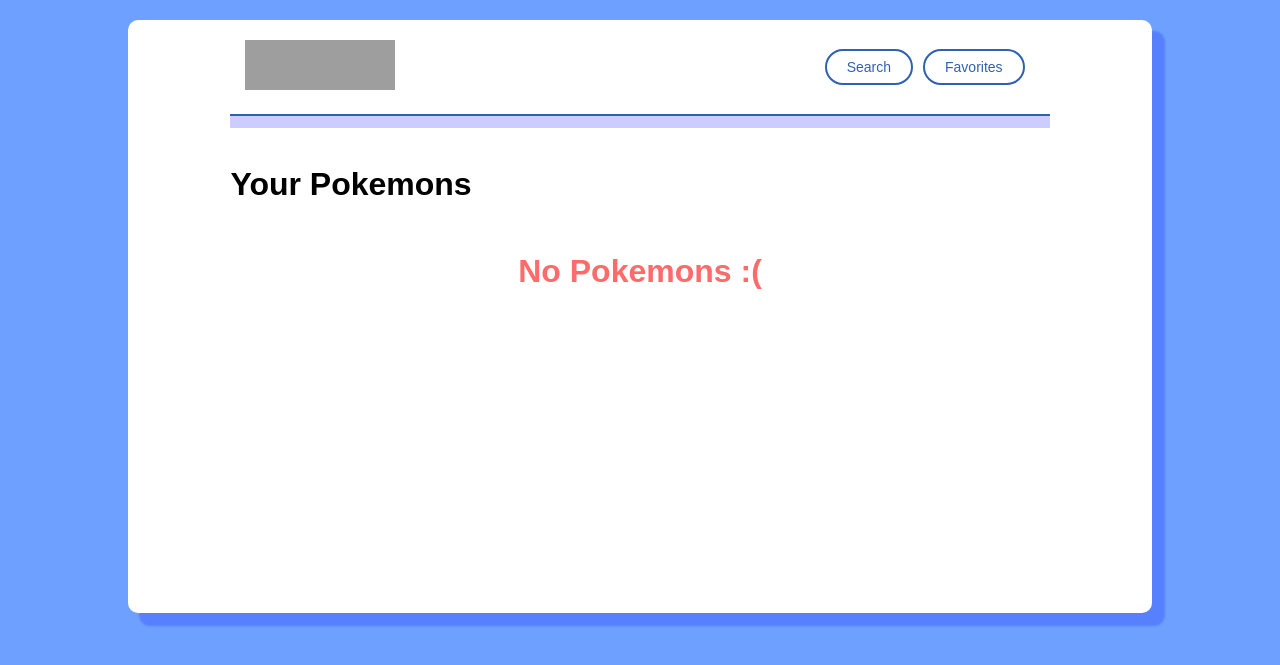
Repository: Rashiduulu/zeon-ithub-second-project
Page: FavoritePage/Favorite.html
The author's editor kept a copy of each file at every save. The page is drawn from the files as they stood at one save, then again after the next save.
The browser window is 1280 px wide. The pictures show the whole page.
Pictures or frames that could not be fetched are drawn as grey boxes.

Above is the page before, as saved 2022-11-16 15:11:41.

After the next save:
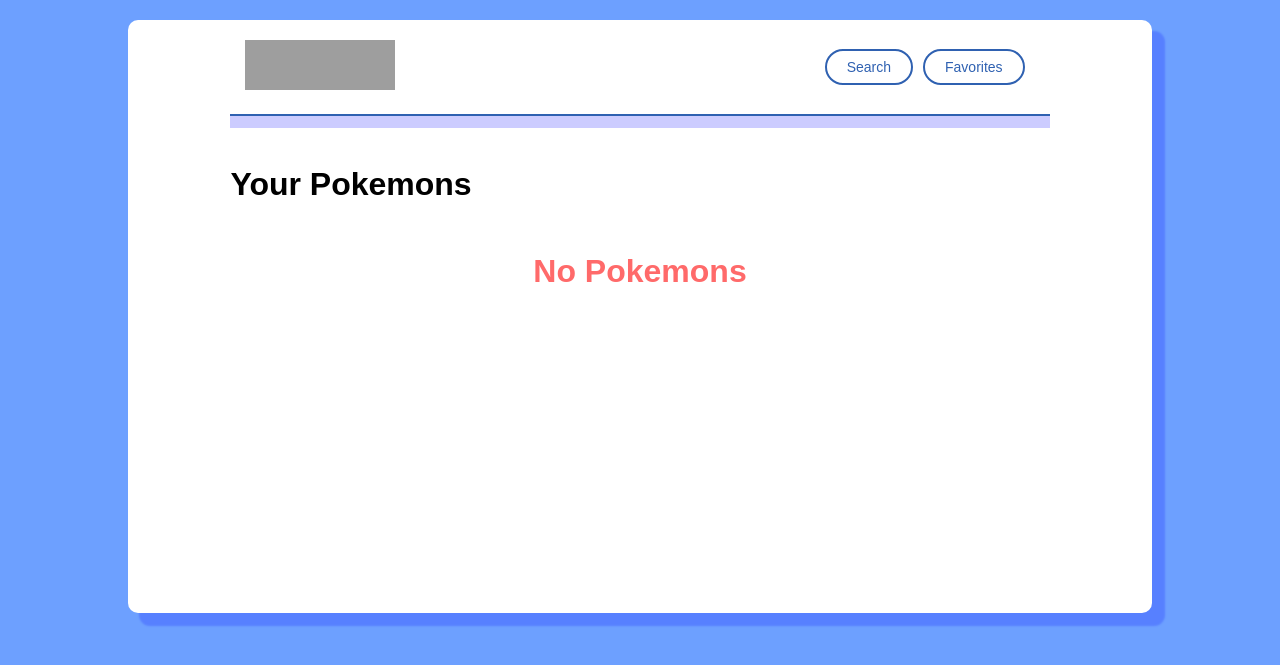
Saved 62 s later.
--- a/FavoritePage/script.js
+++ b/FavoritePage/script.js
@@ -25,7 +25,7 @@ function PokeCart() {
       .join("");
     favCart.innerHTML = pokeHTML;
   } else {
-    const noPoke = `<h1 class="notPoke">No Pokemons :(</h1>`;
+    const noPoke = `<h1 class="notPoke">No Pokemons </h1>`;
     favCart.innerHTML = noPoke;
   }
 }
